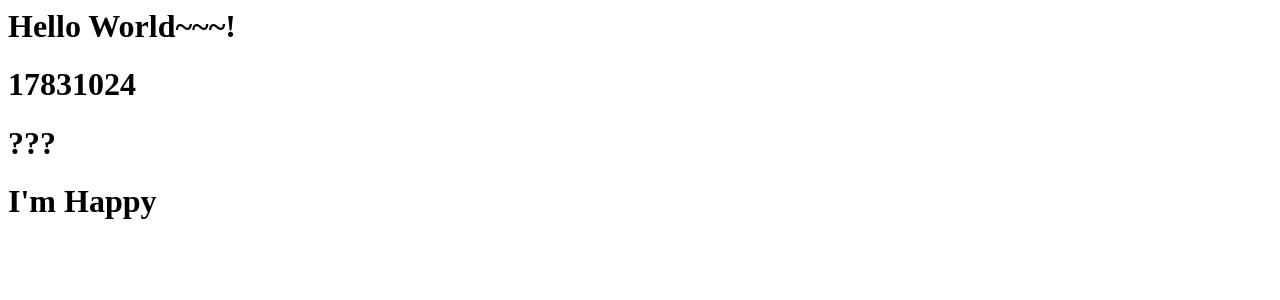
Repository: hyun5292/school
Page: http://localhost/PSH_1005/HelloWorld
An editor plug-in stored every save of this project. The page is shown before and after the next save, followed by the edit.
The browser window is 1280 px wide. The pictures show the whole page.
The page is served by Tomcat 9. Other server files are loaded and not shown.

Above is the page before, as saved 2018-10-05 08:33:44.

### JSP2-2/PSH_1005/PSH_1005/src/com/jsp/ex/HelloWorld.java
package com.jsp.ex;

import java.io.IOException;
import java.io.PrintWriter;

import javax.servlet.ServletException;
import javax.servlet.annotation.WebServlet;
import javax.servlet.http.HttpServlet;
import javax.servlet.http.HttpServletRequest;
import javax.servlet.http.HttpServletResponse;

/**
 * Servlet implementation class HelloWorld
 */
@WebServlet("/HelloWorld")
public class HelloWorld extends HttpServlet {
	private static final long serialVersionUID = 1L;

    /**
     * @see HttpServlet#HttpServlet()
     */
    public HelloWorld() {
        super();
        // TODO Auto-generated constructor stub
    }

	/**
	 * @see HttpServlet#doGet(HttpServletRequest request, HttpServletResponse response)
	 */
	protected void doGet(HttpServletRequest request, HttpServletResponse response) throws ServletException, IOException {
		// TODO Auto-generated method stub
		//response.getWriter().append("Served at: ").append(request.getContextPath());
		System.out.println("doGet");
		System.out.println("17831024");
		System.out.println("박수현");

		response.setContentType("text/html charset=euc-kr");
		PrintWriter writer = response.getWriter();

		writer.println("<html>");
		writer.println("<head>");
		writer.println("</head>");
		writer.println("<body>");
		writer.println("<h1>Hello World~~~!</h1>");
		writer.println("<h1>17831024</h1>");
		writer.println("<h1>박수현</h1>");
		writer.println("<h1>I'm Happy</h1>");
		writer.println("</body>");
		writer.println("</html>");
		writer.close();
	}

	/**
	 * @see HttpServlet#doPost(HttpServletRequest request, HttpServletResponse response)
	 */
	protected void doPost(HttpServletRequest request, HttpServletResponse response) throws ServletException, IOException {
		// TODO Auto-generated method stub
		//doGet(request, response);
		System.out.println("doPost");
	}

}

After the next save:
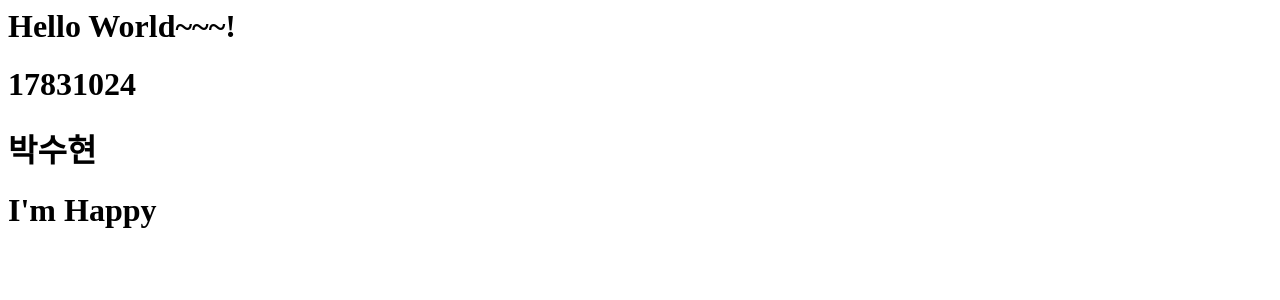
Saved 65 s later.
--- a/JSP2-2/PSH_1005/PSH_1005/src/com/jsp/ex/HelloWorld.java
+++ b/JSP2-2/PSH_1005/PSH_1005/src/com/jsp/ex/HelloWorld.java
@@ -34,6 +34,7 @@ public class HelloWorld extends HttpServlet {
 		System.out.println("17831024");
 		System.out.println("박수현");
 
+		response.setCharacterEncoding("EUC-KR");
 		response.setContentType("text/html charset=euc-kr");
 		PrintWriter writer = response.getWriter();
 
